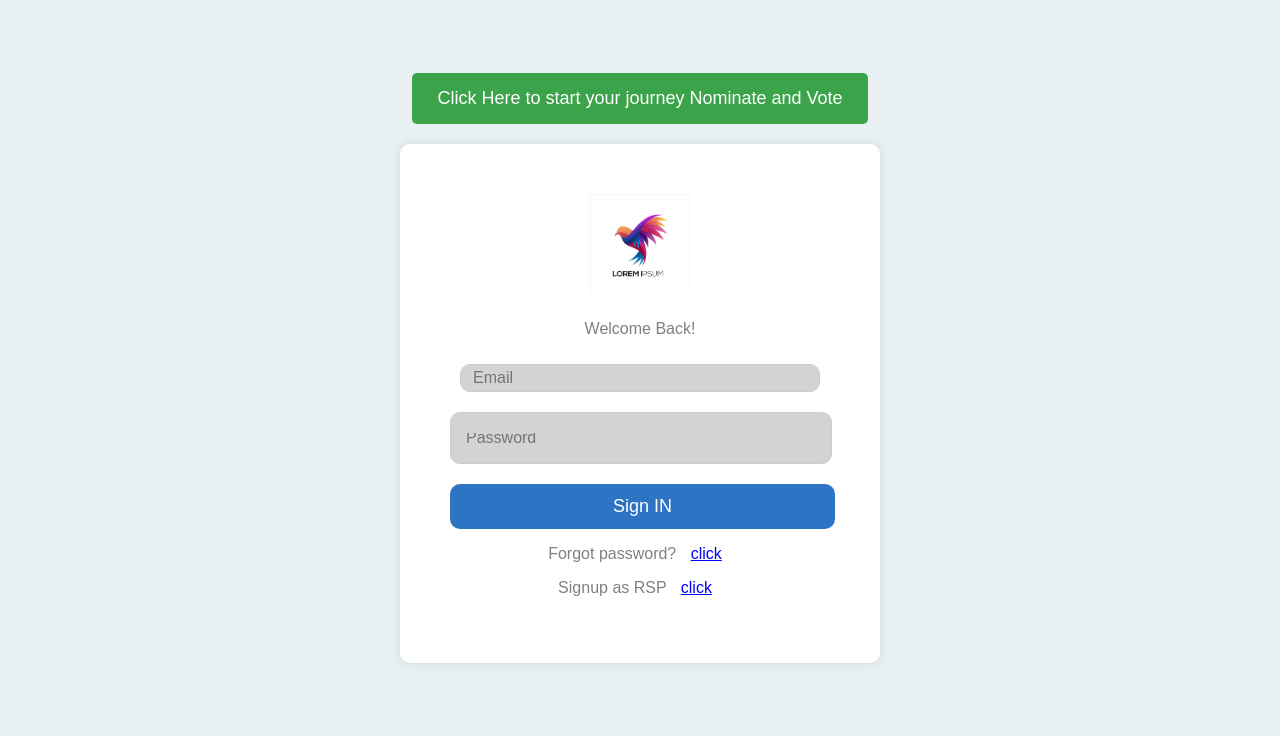
Repository: Femi007-gh/welcome
Page: index.html
An editor plug-in stored every save of this project. The page is shown before and after the next save, followed by the edit.
The browser window is 1280 px wide. The pictures show the whole page.

Above is the page before, as saved 2025-03-10 18:48:01.

After the next save:
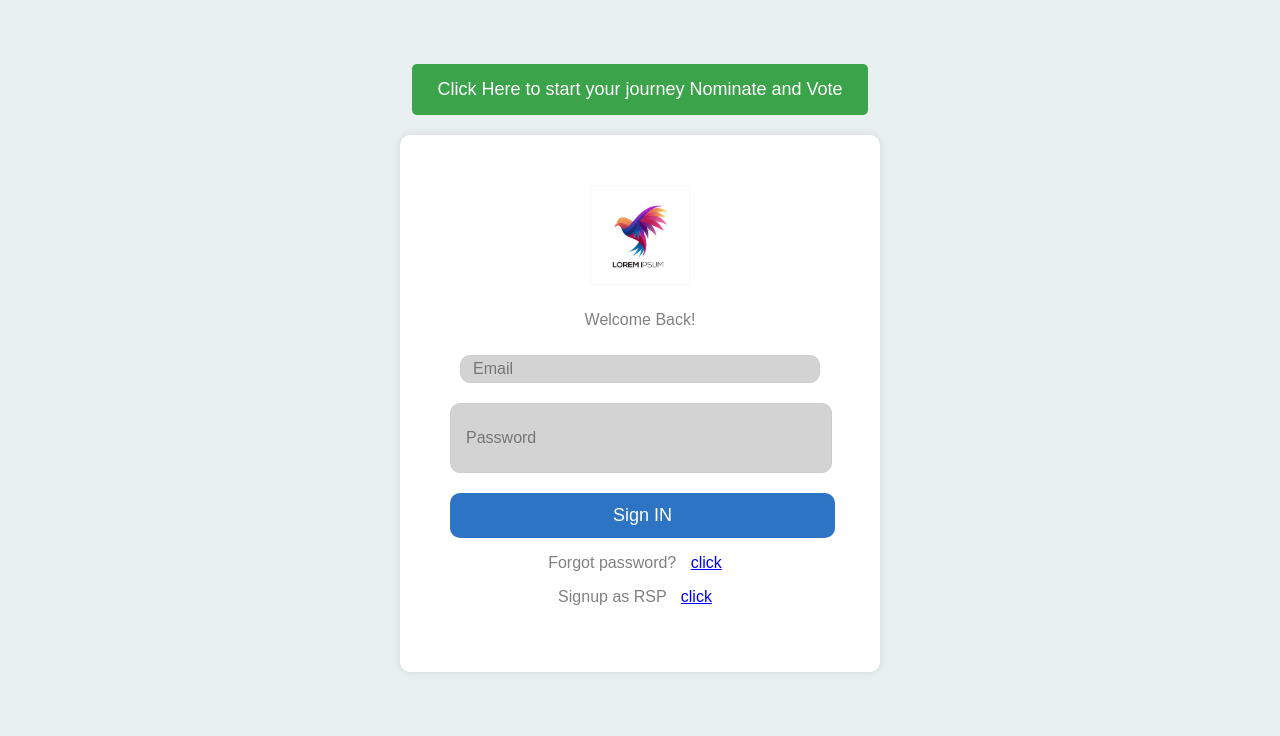
Saved 72 s later.
--- a/style.css
+++ b/style.css
@@ -89,7 +89,7 @@
   text-decoration: underline;
 }
 .fit {
-height: 3px;
+height: 28px;
 }
 .lit{
 height: 28px;
